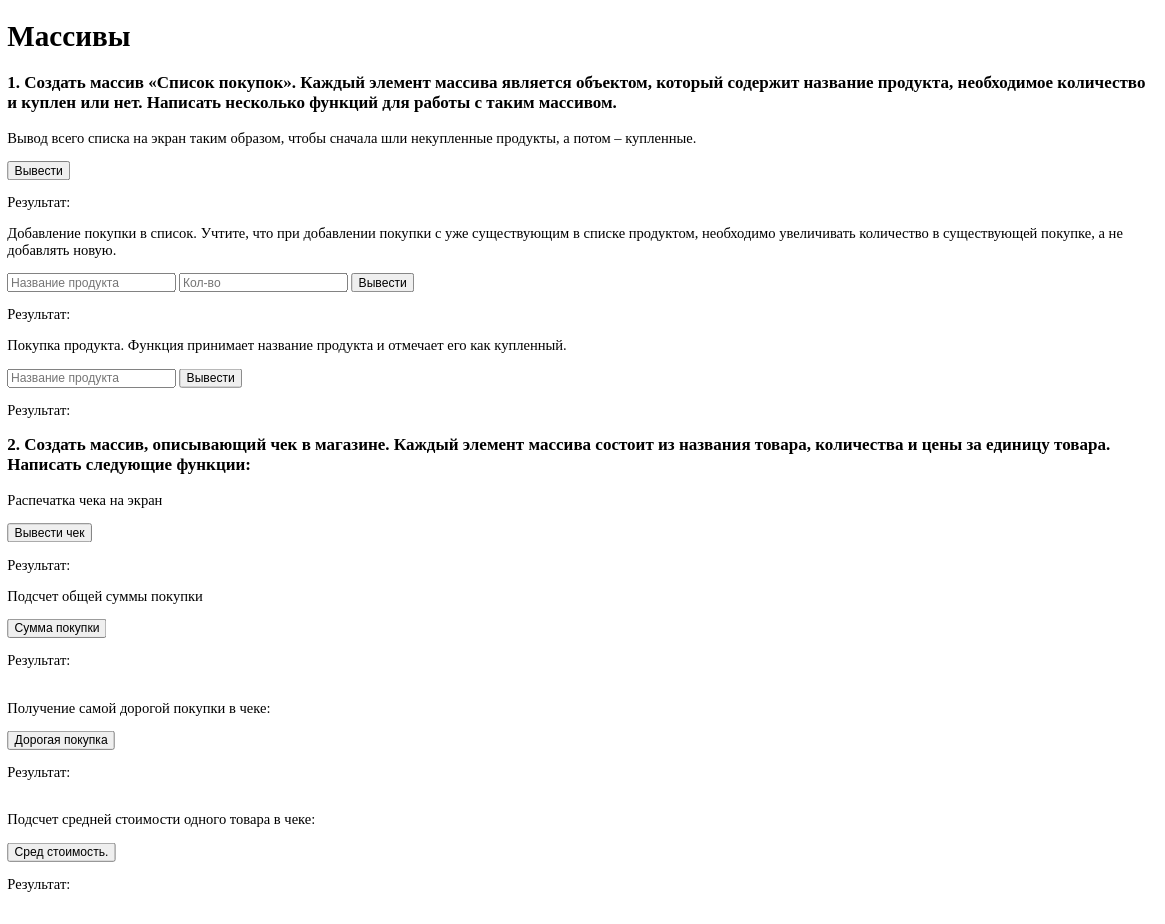
Repository: NastyaGavrilova/Beetroot-js
Page: HW5/index.html
These files come from the project's save history. The page is drawn as it stood at one moment and after the next save; the edit follows.
The browser window is 1280 px wide. The pictures show the whole page, at 91% of full size.

Above is the page before, as saved 2021-10-22 15:32:50.

After the next save:
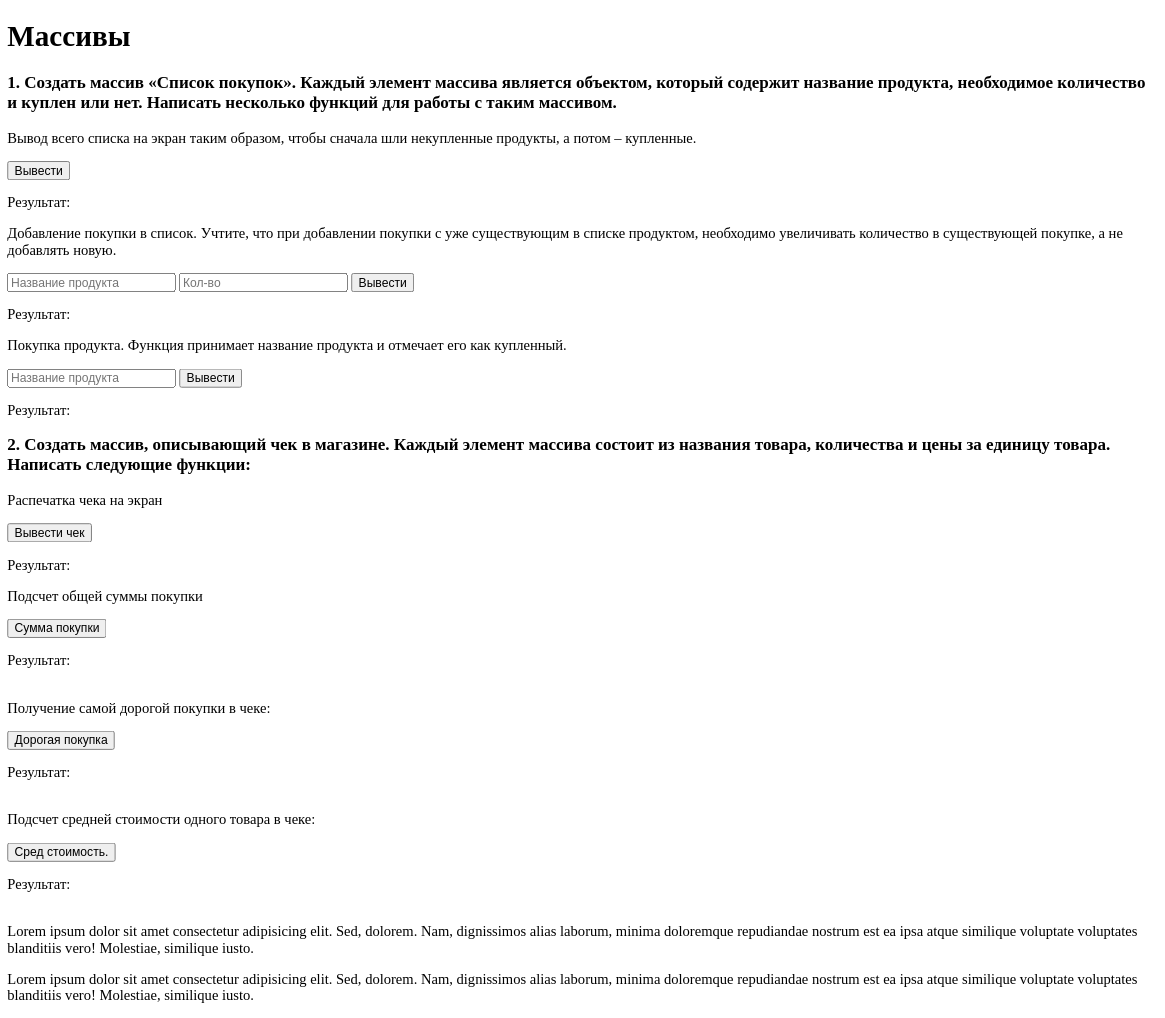
Saved 3 min 31 s later.
--- a/HW5/index.js
+++ b/HW5/index.js
@@ -218,3 +218,12 @@ let styles = [
     text: "Lorem ipsum dolor sit amet consectetur adipisicing elit. Sed, dolorem. Nam, dignissimos alias laborum, minima doloremque repudiandae nostrum est ea ipsa atque similique voluptate voluptates blanditiis vero! Molestiae, similique iusto.",
   },
 ];
+
+styles.forEach((item) => {
+  let styleStr = "";
+  for (key in item) {
+    if ((key = "text")) continue;
+    styleStr += key + ":" + item[key] + ";";
+  }
+  document.write(`<p style = "${styleStr}">${item.text}</p>`);
+});

After the save that followed:
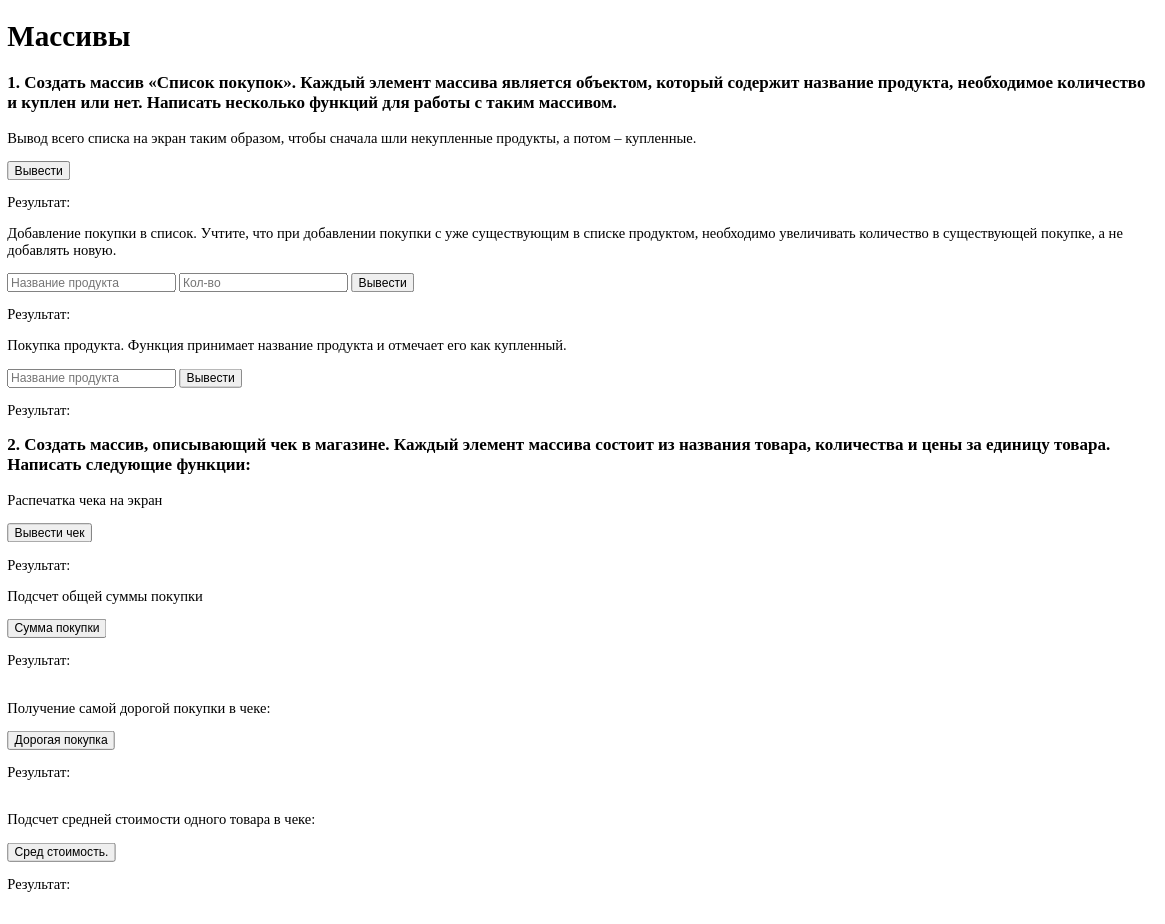
Saved 2 min 13 s later.
--- a/HW5/index.js
+++ b/HW5/index.js
@@ -220,10 +220,10 @@ let styles = [
 ];
 
 styles.forEach((item) => {
-  let styleStr = "";
-  for (key in item) {
-    if ((key = "text")) continue;
-    styleStr += key + ":" + item[key] + ";";
-  }
-  document.write(`<p style = "${styleStr}">${item.text}</p>`);
-});
+  // let styleStr = "";
+  // for (key in item) {
+  //   if ((key = "text")) continue;
+  //   styleStr += key + ":" + item[key] + ";";
+  // }
+  // document.write(`<p style = "${styleStr}">${item.text}</p>`);
+});
